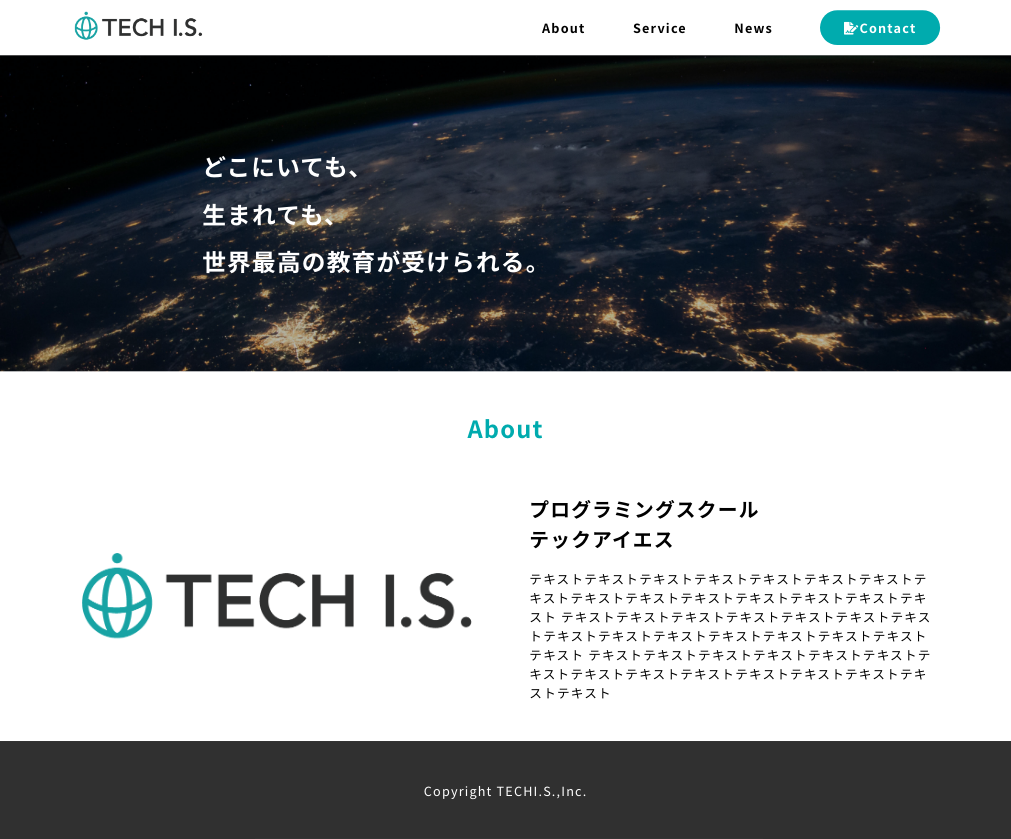
Repository: ryunoesta/lp-techis
Page: indx.html
The author's editor kept a copy of each file at every save. The page is drawn from the files as they stood at one save, then again after the next save.
The browser window is 1280 px wide. The pictures show the whole page, at 79% of full size.

Above is the page before, as saved 2022-06-15 22:22:19.

After the next save:
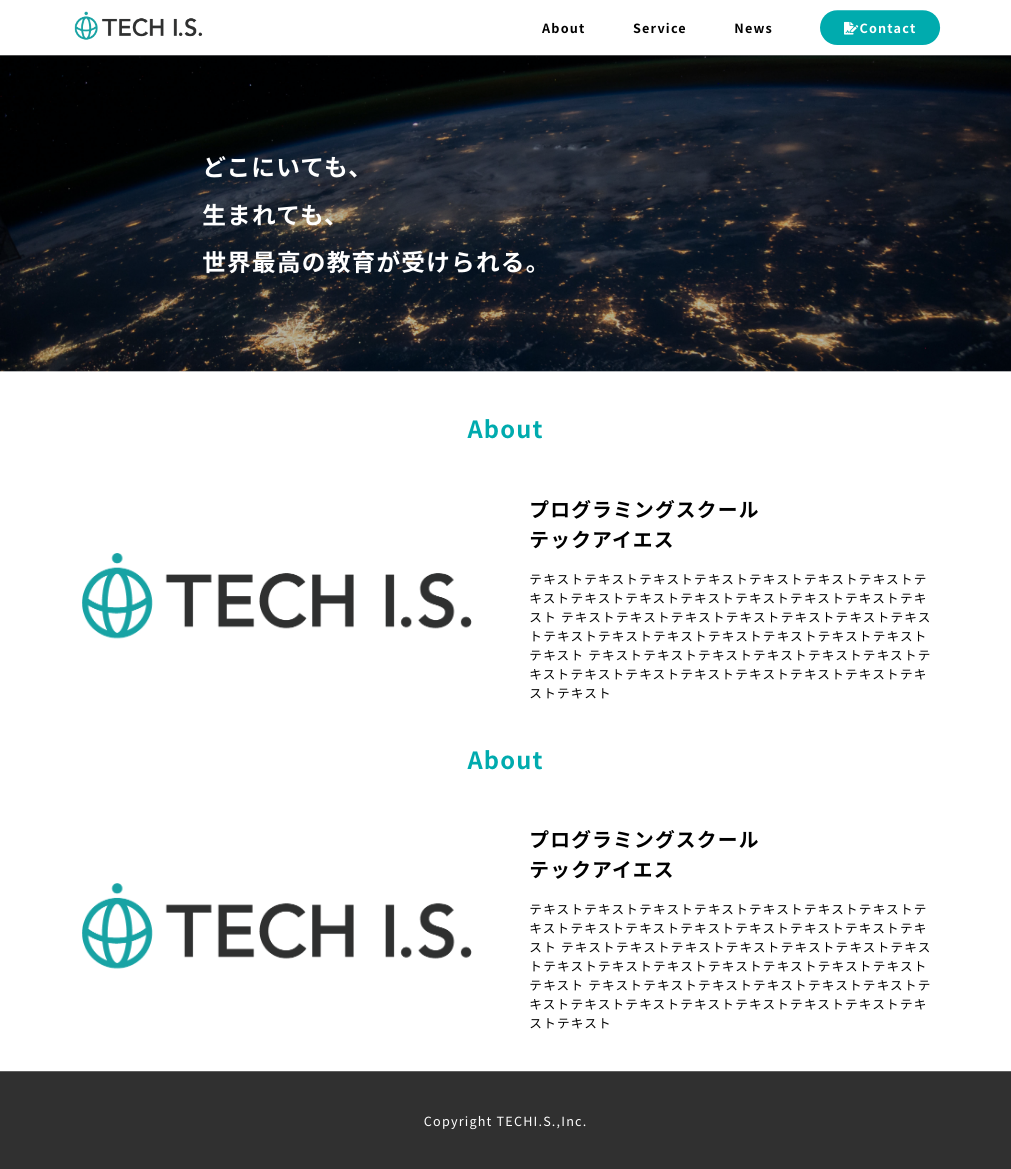
Saved 44 s later.
--- a/indx.html
+++ b/indx.html
@@ -60,6 +60,26 @@
             </ul>
         </section>
 
+        <!-- about -->
+        <section class="front-about">
+            <h2 class="front-common__title">
+                About
+            </h2>
+            <ul class="front-about__list">
+                <li class="front-about__item"><img src="./img/logo.png" alt="ロゴ画像"></li>
+                <li class="front-about__item">
+                    <div class="front-about_txt">
+                        <h3>
+                            プログラミングスクール
+                            <br>
+                            テックアイエス
+                        </h3>
+                        <p>テキストテキストテキストテキストテキストテキストテキストテキストテキストテキストテキストテキストテキストテキストテキスト テキストテキストテキストテキストテキストテキストテキストテキストテキストテキストテキストテキストテキストテキストテキスト テキストテキストテキストテキストテキストテキストテキストテキストテキストテキストテキストテキストテキストテキストテキスト</p>
+                    </div>
+                </li>
+            </ul>
+        </section>
+
 
 
 
